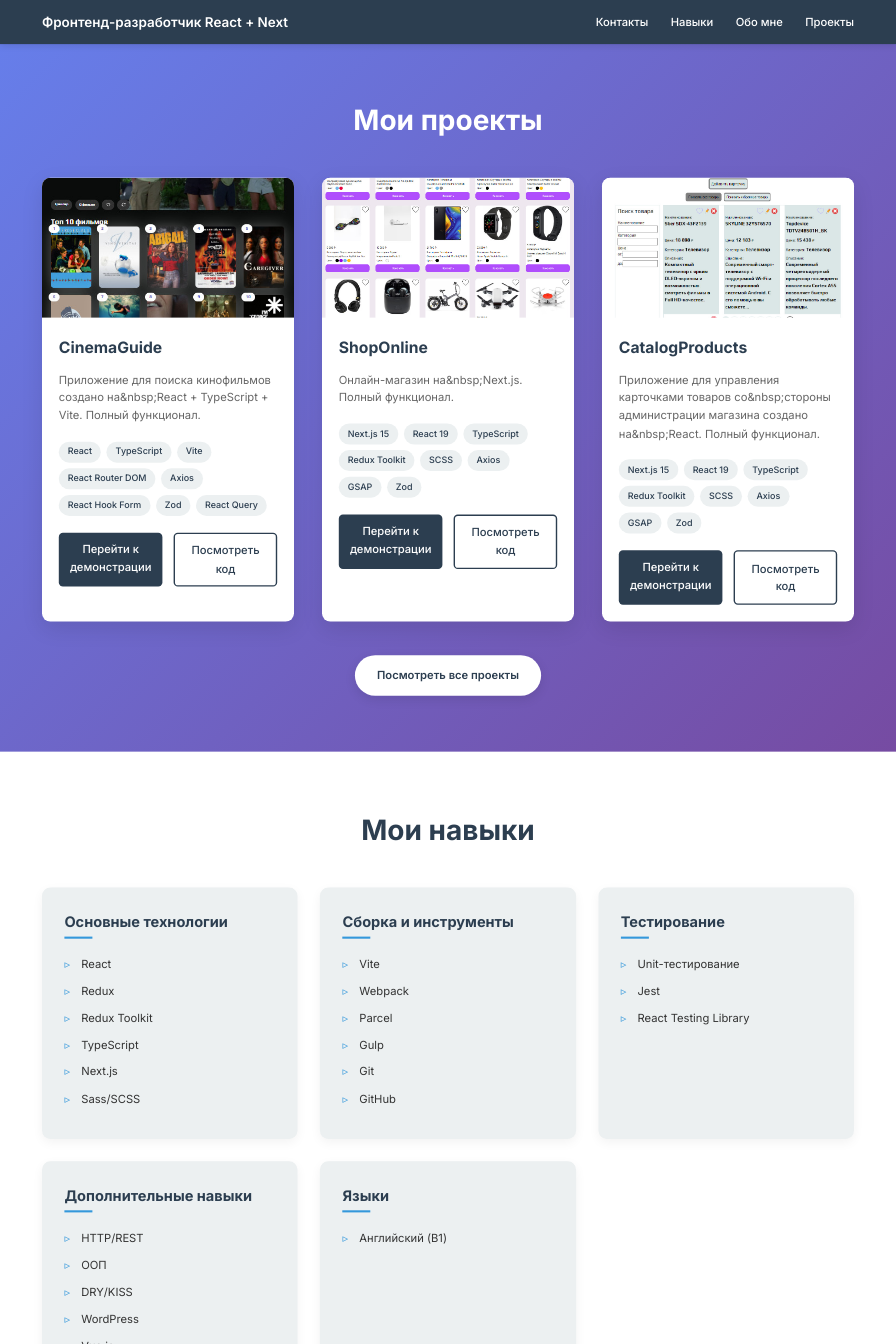
Repository: RostislavZeberg/resume-app
Page: /
An editor plug-in stored every save of this project. The page is shown before and after the next save, followed by the edit.
The browser window is 1280 px wide. The pictures show the part of the page from y = 0 to 1920 px (the page is 3630 px tall before and 4380 px after), at 70% of full size.
The project was rebuilt for these pictures with package versions that can differ from the ones it lists, and the page was loaded fresh each time. The framework's server and built-in components were replaced by stand-ins that run in the browser. Also part of the build but not shown: next.config.ts.

Above is the page before, as saved 2025-09-18 13:50:43.

### pages/_app.tsx
import type { AppProps } from 'next/app';
import '../styles/globals.scss';
import Head from 'next/head';

function MyApp({ Component, pageProps }: AppProps) {
  return (
    <>
      <Head>
        <meta name="viewport" content="width=device-width, initial-scale=1" />
        <meta name="theme-color" content="#2c3e50" />
        <meta name="description" content="Резюме фронтенд-разработчика React с 5+ годами опыта. Специализация: React, TypeScript, Next.js, Redux Toolkit." />
        <meta name="keywords" content="React, TypeScript, Next.js, фронтенд-разработчик, резюме" />
        <meta property="og:title" content="Фронтенд-разработчик React" />
        <meta property="og:description" content="Резюме фронтенд-разработчика React с 5+ годами опыта" />
        <meta property="og:type" content="website" />
        <link rel="icon" href="/favicon.ico" />
      </Head>
      <Component {...pageProps} />
    </>
  );
}

export default MyApp;

### pages/_document.tsx
import { Html, Head, Main, NextScript } from 'next/document';

export default function Document() {
  return (
    <Html lang="ru">
      <Head>
        <link rel="preconnect" href="https://fonts.googleapis.com" />
        <link rel="preconnect" href="https://fonts.gstatic.com" crossOrigin="anonymous" />
        <link href="https://fonts.googleapis.com/css2?family=Inter:wght@300;400;500;600;700&display=swap" rel="stylesheet" />

        {/* Фавикон */}
        <link rel="icon" href="/favicon.ico" sizes="any" />
        <link rel="icon" href="/favicon.svg" type="image/svg+xml" />
        <link rel="apple-touch-icon" href="/apple-touch-icon.png" />
        <link rel="manifest" href="/manifest.webmanifest" />

        {/* Мета-теги */}
        <meta name="theme-color" content="#2c3e50" />
        <meta name="description" content="Резюме фронтенд-разработчика React с 5+ годами опыта. Специализация: React, TypeScript, Next.js, Redux Toolkit." />
        <meta name="keywords" content="React, TypeScript, Next.js, фронтенд-разработчик, резюме" />
      </Head>
      <body>
        <Main />
        <NextScript />
      </body>
    </Html>
  );
}

### pages/index.tsx
import Head from 'next/head';
import { NextPage } from 'next';
import Contacts from '../components/Sections/Contacts';
import Skills from '../components/Sections/Skills';
import About from '../components/Sections/About';
import Projects from '../components/Sections/Projects';
import Header from '../components/Layout/Header';

const Home: NextPage = () => {
  return (
    <>
      <Head>
        <title>Фронтенд-разработчик React | Резюме</title>
        <meta name="description" content="Резюме фронтенд-разработчика React с 5+ годами опыта. Специализация: React, TypeScript, Next.js, Redux Toolkit." />
        <meta name="keywords" content="React, TypeScript, Next.js, фронтенд-разработчик, резюме" />
        <meta property="og:title" content="Фронтенд-разработчик React" />
        <meta property="og:description" content="Резюме фронтенд-разработчика React с 5+ годами опыта" />
        <meta property="og:type" content="website" />
        <link rel="icon" href="/favicon.ico" />
      </Head>

      <Header />
      <main>
        <Projects />
        <Skills />
        <About />
        <Contacts />
      </main>
    </>
  );
};

export default Home;

### styles/globals.scss
// Переменные и миксины
@import './variables.scss';
@import './mixins';

// Глобальные стили
* {
  box-sizing: border-box;
  margin: 0;
  padding: 0;
}

html {
  scroll-behavior: smooth;
  scroll-padding-top: 60px;
}

body {
  font-family: 'Inter', 'Arial', sans-serif;
  line-height: 1.6;
  color: $text-color;
  background-color: $background-color;
  padding-top: 60px;
}

.container {
  max-width: 1200px;
  margin: 0 auto;
  padding: 0 20px;
}

section {
  padding: 80px 0;

  h2 {
    text-align: center;
    margin-bottom: 50px;
    font-size: 2.5rem;
    color: $primary-color;
  }
}

// Анимации
@keyframes fadeIn {
  from {
    opacity: 0;
    transform: translateY(20px);
  }
  to {
    opacity: 1;
    transform: translateY(0);
  }
}

.fade-in {
  animation: fadeIn 0.6s ease forwards;
}

// Адаптивность
@include desktop {
  .container {
    max-width: 1200px;
  }
}

@include tablet {
  .container {
    max-width: 100%;
    padding: 0 15px;
  }

  section {
    padding: 60px 0;

    h2 {
      font-size: 2rem;
      margin-bottom: 40px;
    }
  }
}

@include mobile {
  .container {
    padding: 0 10px;
  }

  section {
    padding: 40px 0;

    h2 {
      font-size: 1.8rem;
      margin-bottom: 30px;
    }
  }
}

### components/Sections/Contacts.tsx
import React from 'react';
import Icon from '../UI/Icon';
import styles from '../../styles/sections/contacts.module.scss';
import { contacts } from '@/info/contacts';

const Contacts: React.FC = () => {

  return (
    <section id="contacts" className={styles.contacts}>
      <div className="container">
        <h2>Контакты</h2>
        <div className={styles.contactsGrid}>
          {contacts.map((contact, index) => (
            <a
              key={index}
              href={contact.href}
              className={styles.contactItem}
              target="_blank"
              rel="noopener noreferrer"
            >
              <Icon name={contact.icon} className={styles.contactIcon} />
              <span>{contact.text}</span>
            </a>
          ))}
        </div>
      </div>
    </section>
  );
};

export default Contacts;

### components/Sections/Skills.tsx
import React from 'react';
import styles from '../../styles/sections/skills.module.scss';

const Skills: React.FC = () => {
  const skillCategories = [
    {
      title: 'Основные технологии',
      skills: ['React', 'Redux', 'Redux Toolkit', 'TypeScript', 'Next.js', 'Sass/SCSS']
    },
    {
      title: 'Сборка и инструменты',
      skills: ['Vite', 'Webpack', 'Parcel', 'Gulp', 'Git', 'GitHub']
    },
    {
      title: 'Тестирование',
      skills: ['Unit-тестирование', 'Jest', 'React Testing Library']
    },
    {
      title: 'Дополнительные навыки',
      skills: ['HTTP/REST', 'ООП', 'DRY/KISS', 'WordPress', 'Vue.js', 'SQL', 'Python', 'Docker', 'Linux']
    },
    {
      title: 'Языки',
      skills: ['Английский (B1)']
    }
  ];

  return (
    <section id="skills" className={styles.skills}>
      <div className="container">
        <h2>Мои навыки</h2>
        <div className={styles.skillsGrid}>
          {skillCategories.map((category, index) => (
            <div key={index} className={styles.skillCategory}>
              <h3>{category.title}</h3>
              <ul>
                {category.skills.map((skill, i) => (
                  <li key={i}>{skill}</li>
                ))}
              </ul>
            </div>
          ))}
        </div>
      </div>
    </section>
  );
};

export default Skills;

### components/Sections/Projects.tsx
import React from 'react';
import ProjectCard from '../UI/ProjectCard';
import styles from '../../styles/sections/projects.module.scss';
import { projects } from '@/info/projects';

const Projects: React.FC = () => {
  return (
    <section id="projects" className={styles.projects}>
      <div className="container">
        <h2>Мои проекты</h2>
        <div className={styles.projectsGrid}>
          {projects.map((project, index) => (
            <ProjectCard key={index} project={project} />
          ))}
        </div>
        <div className={styles.viewAll}>
          <a
            href="https://github.com/RostislavZeberg?tab=repositories"
            className={styles.viewAllButton}
            target="_blank"
            rel="noopener noreferrer"
          >
            Посмотреть все проекты
          </a>
        </div>
      </div>
    </section>
  );
};

export default Projects;

### components/Layout/Header.tsx
import React, { useState } from 'react';
import Link from 'next/link';
import styles from '../../styles/layout/header.module.scss';

const Header: React.FC = () => {
  const [isMenuOpen, setIsMenuOpen] = useState(false);

  const toggleMenu = () => {
    setIsMenuOpen(!isMenuOpen);
  };

  return (
    <header className={styles.header}>
      <div className="container">
        <nav className={styles.nav}>
          <div className={styles.logo}>
            <Link href="/">Фронтенд-разработчик React + Next</Link>
          </div>

          <button
            className={`${styles.menuToggle} ${isMenuOpen ? styles.active : ''}`}
            onClick={toggleMenu}
            aria-label="Меню"
          >
            <span></span>
            <span></span>
            <span></span>
          </button>

          <ul className={`${styles.navList} ${isMenuOpen ? styles.active : ''}`}>
            <li><a href="#contacts" onClick={() => setIsMenuOpen(false)}>Контакты</a></li>
            <li><a href="#skills" onClick={() => setIsMenuOpen(false)}>Навыки</a></li>
            <li><a href="#about" onClick={() => setIsMenuOpen(false)}>Обо мне</a></li>
            <li><a href="#projects" onClick={() => setIsMenuOpen(false)}>Проекты</a></li>
          </ul>
        </nav>
      </div>
    </header>
  );
};

export default Header;

### styles/variables.scss
// Цвета
$primary-color: #2c3e50;
$secondary-color: #3498db;
$accent-color: #e74c3c;
$background-color: #f9f9f9;
$text-color: #333;
$light-gray: #ecf0f1;

// Breakpoints
$desktop: 1280px;
$tablet: 1024px;
$small-tablet: 768px;
$mobile: 320px;

### styles/mixins.scss
@mixin desktop {
  @media (min-width: #{$desktop}) {
    @content;
  }
}

@mixin tablet {
  @media (min-width: #{$small-tablet}) and (max-width: #{$tablet}) {
    @content;
  }
}

@mixin small-tablet {
  @media (min-width: #{$mobile}) and (max-width: #{$small-tablet - 1px}) {
    @content;
  }
}

@mixin mobile {
  @media (max-width: #{$mobile}) {
    @content;
  }
}

@mixin flex-center {
  display: flex;
  justify-content: center;
  align-items: center;
}

@mixin card-shadow {
  box-shadow: 0 4px 6px rgba(0, 0, 0, 0.1);
  transition: box-shadow 0.3s ease;

  &:hover {
    box-shadow: 0 10px 20px rgba(0, 0, 0, 0.15);
  }
}

### components/UI/Icon.tsx
import React from 'react';
import Image from 'next/image';

interface IconProps {
  name: string;
  className?: string;
  width?: number;
  height?: number;
}

const Icon: React.FC<IconProps> = ({ name, className = '', width = 24, height = 24 }) => {
  return (
    <Image
      src={`/icons/${name}.svg`}
      alt={`${name} icon`}
      width={width}
      height={height}
      className={className}
    />
  );
};

export default Icon;

### styles/sections/contacts.module.scss
@import '../variables';
@import '../mixins';

.contacts {
  background: linear-gradient(135deg, #f5f7fa 0%, #c3cfe2 100%);
  padding: 100px 0;
}

.contactsGrid {
  display: grid;
  grid-template-columns: repeat(auto-fit, minmax(250px, 1fr));
  gap: 2rem;
  margin-top: 3rem;
}

.contactItem {
  display: flex;
  flex-direction: column;
  align-items: center;
  justify-content: center;
  background: white;
  padding: 2rem;
  border-radius: 12px;
  box-shadow: 0 10px 30px rgba(0, 0, 0, 0.1);
  transition: all 0.3s ease;
  text-decoration: none;
  color: $text-color;

  &:hover {
    transform: translateY(-5px);
    box-shadow: 0 15px 40px rgba(0, 0, 0, 0.15);

    .contactIcon {
      transform: scale(1.1);
    }
  }
}

.contactIcon {
  width: 60px;
  height: 60px;
  margin-bottom: 1rem;
  transition: transform 0.3s ease;
}

// Адаптивность
@include tablet {
  .contactsGrid {
    grid-template-columns: repeat(2, 1fr);
    gap: 1.5rem;
  }
}

@include small-tablet {
  .contactsGrid {
    grid-template-columns: 1fr;
    gap: 1rem;
  }

  .contactItem {
    padding: 1.5rem;
  }
}

@include mobile {
  .contacts {
    padding: 80px 0;
  }

  .contactIcon {
    width: 50px;
    height: 50px;
  }
}

### info/contacts.ts
export const contacts = [
  { icon: 'email', text: 'zeberg@bk.ru', href: 'mailto:zeberg@bk.ru' },
  { icon: 'phone', text: '+7(960)-552-4171', href: 'tel:+79605524171' },
  { icon: 'telegram', text: '@zeberg_jaguar', href: 'https://t.me/zeberg_jaguar' },
  { icon: 'github', text: 'GitHub', href: 'https://github.com/RostislavZeberg?tab=repositories' }
];

### styles/sections/skills.module.scss
@import '../variables';
@import '../mixins';

.skills {
  background-color: white;
}

.skillsGrid {
  display: grid;
  grid-template-columns: repeat(auto-fit, minmax(300px, 1fr));
  gap: 2rem;
}

.skillCategory {
  background: $light-gray;
  padding: 2rem;
  border-radius: 12px;
  box-shadow: 0 5px 15px rgba(0, 0, 0, 0.05);

  h3 {
    color: $primary-color;
    margin-bottom: 1.5rem;
    font-size: 1.3rem;
    position: relative;
    padding-bottom: 0.5rem;

    &::after {
      content: '';
      position: absolute;
      bottom: 0;
      left: 0;
      width: 40px;
      height: 3px;
      background: $secondary-color;
    }
  }

  ul {
    list-style: none;
  }

  li {
    margin-bottom: 0.8rem;
    padding-left: 1.5rem;
    position: relative;

    &::before {
      content: '▹';
      position: absolute;
      left: 0;
      color: $secondary-color;
    }
  }
}

// Адаптивность
@include tablet {
  .skillsGrid {
    grid-template-columns: repeat(2, 1fr);
    gap: 1.5rem;
  }
}

@include small-tablet {
  .skillsGrid {
    grid-template-columns: 1fr;
    gap: 1rem;
  }

  .skillCategory {
    padding: 1.5rem;
  }
}

@include mobile {
  .skillCategory {
    padding: 1.2rem;

    h3 {
      font-size: 1.2rem;
    }
  }
}

### styles/sections/about.module.scss
@import '../variables';
@import '../mixins';

.about {
  background-color: $light-gray;
}

.aboutContent {
  max-width: 800px;
  margin: 0 auto;

  p {
    margin-bottom: 1.5rem;
    line-height: 1.8;
    text-align: justify;
  }
}

// Адаптивность
@include tablet {
  .aboutContent {
    padding: 0 1rem;
  }
}

@include mobile {
  .aboutContent p {
    text-align: left;
  }
}

### components/UI/ProjectCard.tsx
import React from 'react';
import Image from 'next/image';
import styles from '../../styles/ui/project-card.module.scss';

interface Project {
  name: string;
  description: string;
  demoLink: string;
  codeLink: string;
  technologies: string[];
}

interface ProjectCardProps {
  project: Project;
}

const ProjectCard: React.FC<ProjectCardProps> = ({ project }) => {
  return (
    <div className={styles.projectCard}>
      <div className={styles.projectImage}>
        <a href={project.demoLink} target="_blank" rel="noopener noreferrer">
          <Image
            src={`/images/projects/${project.name.toLowerCase()}.jpg`}
            alt={project.name}
            fill
            style={{ objectFit: 'cover' }}
            sizes="(max-width: 768px) 100vw, (max-width: 1200px) 50vw, 33vw"
          />
        </a>
      </div>
      <div className={styles.projectContent}>
        <h3>{project.name}</h3>
        <p>{project.description}</p>
        <div className={styles.technologies}>
          {project.technologies.map((tech, index) => (
            <span key={index} className={styles.techTag}>{tech}</span>
          ))}
        </div>
        <div className={styles.projectActions}>
          <a
            href={project.demoLink}
            className={styles.demoButton}
            target="_blank"
            rel="noopener noreferrer"
          >
            Перейти к демонстрации
          </a>
          <a
            href={project.codeLink}
            className={styles.codeButton}
            target="_blank"
            rel="noopener noreferrer"
          >
            Посмотреть код
          </a>
        </div>
      </div>
    </div>
  );
};

export default ProjectCard;

### styles/sections/projects.module.scss
@import '../variables';
@import '../mixins';

.projects {
  background: linear-gradient(135deg, #667eea 0%, #764ba2 100%);
  color: white;

  h2 {
    color: white;
  }
}

.projectsGrid {
  display: grid;
  grid-template-columns: repeat(auto-fit, minmax(350px, 1fr));
  gap: 2.5rem;
  margin-bottom: 3rem;
}

.viewAll {
  text-align: center;
  margin-top: 3rem;
}

.viewAllButton {
  display: inline-block;
  padding: 1rem 2rem;
  background: white;
  color: $primary-color;
  text-decoration: none;
  border-radius: 30px;
  font-weight: 600;
  transition: all 0.3s ease;
  box-shadow: 0 5px 15px rgba(0, 0, 0, 0.1);

  &:hover {
    transform: translateY(-3px);
    box-shadow: 0 10px 25px rgba(0, 0, 0, 0.2);
    background: $accent-color;
    color: white;
  }
}

// Адаптивность
@include tablet {
  .projectsGrid {
    grid-template-columns: repeat(2, 1fr);
    gap: 2rem;
  }
}

@include small-tablet {
  .projectsGrid {
    grid-template-columns: 1fr;
    gap: 1.5rem;
  }
}

@include mobile {
  .projectsGrid {
    grid-template-columns: 1fr;
    gap: 1.5rem;
  }

  .viewAllButton {
    padding: 0.8rem 1.5rem;
    font-size: 0.9rem;
  }
}

### info/projects.ts
export const projects = [
  {
    name: 'CinemaGuide',
    description: 'Приложение для поиска кинофильмов создано на&nbsp;React + TypeScript + Vite. Полный функционал.',
    demoLink: 'https://rostislavzeberg.github.io/CinemaGuide',
    codeLink: 'https://github.com/RostislavZeberg/CinemaGuide/tree/dev',
    technologies: ['React', 'TypeScript', 'Vite', 'React Router DOM', 'Axios', 'React Hook Form', 'Zod', 'React Query']
  },
  {
    name: 'ShopOnline',
    description: 'Онлайн-магазин на&nbsp;Next.js. Полный функционал.',
    demoLink: 'https://shop-online-omega.vercel.app/',
    codeLink: 'https://github.com/RostislavZeberg/ShopOnline',
    technologies: ['Next.js 15', 'React 19', 'TypeScript', 'Redux Toolkit', 'SCSS', 'Axios', 'GSAP', 'Zod']
  },
  {
    name: 'CatalogProducts',
    description: 'Приложение для управления карточками товаров со&nbsp;стороны администрации магазина создано на&nbsp;React. Полный функционал.',
    demoLink: 'https://shop-online-omega.vercel.app/',
    codeLink: 'https://github.com/RostislavZeberg/ShopOnline',
    technologies: ['Next.js 15', 'React 19', 'TypeScript', 'Redux Toolkit', 'SCSS', 'Axios', 'GSAP', 'Zod']
  },
];

### styles/layout/header.module.scss
@import '../variables';
@import '../mixins';

.header {
  background-color: $primary-color;
  color: white;
  position: fixed;
  top: 0;
  left: 0;
  right: 0;
  z-index: 1000;
  box-shadow: 0 2px 10px rgba(0, 0, 0, 0.1);
}

.nav {
  display: flex;
  justify-content: space-between;
  align-items: center;
  padding: 1rem 0;
}

.logo {
  a {
    color: white;
    text-decoration: none;
    font-weight: 600;
    font-size: 1.2rem;

    &:hover {
      color: $accent-color;
    }
  }
}

.navList {
  display: flex;
  list-style: none;
  gap: 2rem;

  a {
    color: white;
    text-decoration: none;
    font-weight: 500;
    transition: color 0.3s ease;

    &:hover {
      color: $accent-color;
    }
  }
}

.menuToggle {
  display: none;
  flex-direction: column;
  justify-content: space-around;
  width: 2rem;
  height: 2rem;
  background: transparent;
  border: none;
  cursor: pointer;
  padding: 0;

  span {
    width: 2rem;
    height: 0.25rem;
    background: white;
    border-radius: 10px;
    transition: all 0.3s linear;
    position: relative;
    transform-origin: 1px;
  }
}

// Адаптивность
@include tablet {
  .navList {
    gap: 1.5rem;
  }
}

@include small-tablet {
  .menuToggle {
    display: flex;
    z-index: 1001;
  }

  .navList {
    position: fixed;
    top: 0;
    right: 0;
    height: 100vh;
    width: 70%;
    background: $primary-color;
    flex-direction: column;
    justify-content: center;
    align-items: center;
    transform: translateX(100%);
    transition: transform 0.3s ease-in-out;

    &.active {
      transform: translateX(0);
    }
  }

  .menuToggle.active {
    span:nth-child(1) {
      transform: rotate(45deg);
    }

    span:nth-child(2) {
      opacity: 0;
    }

    span:nth-child(3) {
      transform: rotate(-45deg);
    }
  }
}

@include mobile {
  .logo a {
    font-size: 1rem;
  }
}

Loaded but not shown: styles/ui/project-card.module.scss (137 lines, source omitted); components/Sections/About.tsx (42 lines, source omitted)

After the next save:
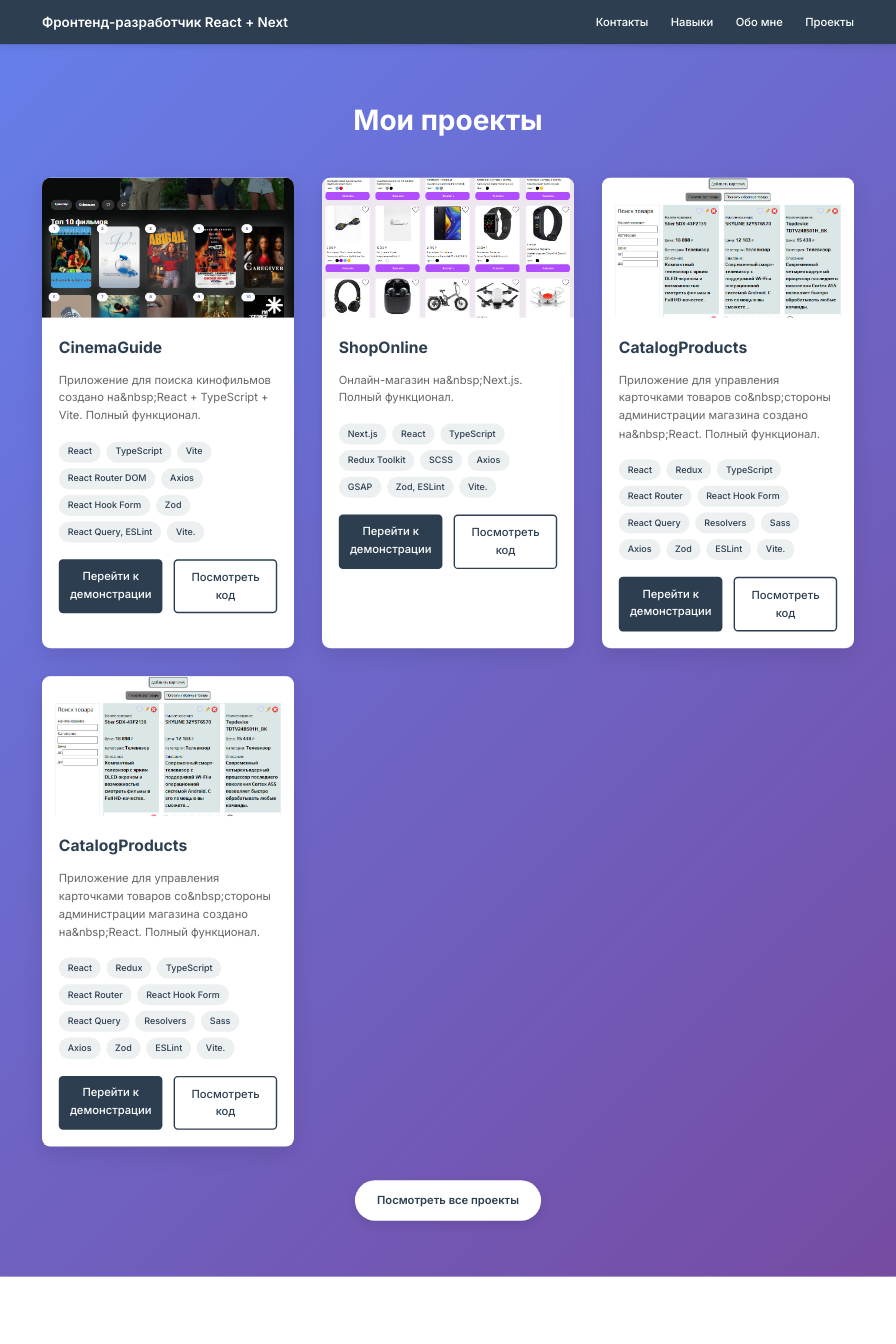
Saved 6 min 34 s later.
--- a/info/projects.ts
+++ b/info/projects.ts
@@ -4,20 +4,27 @@ export const projects = [
     description: 'Приложение для поиска кинофильмов создано на&nbsp;React + TypeScript + Vite. Полный функционал.',
     demoLink: 'https://rostislavzeberg.github.io/CinemaGuide',
     codeLink: 'https://github.com/RostislavZeberg/CinemaGuide/tree/dev',
-    technologies: ['React', 'TypeScript', 'Vite', 'React Router DOM', 'Axios', 'React Hook Form', 'Zod', 'React Query']
+    technologies: ['React', 'TypeScript', 'Vite', 'React Router DOM', 'Axios', 'React Hook Form', 'Zod', 'React Query, ESLint', 'Vite.']
   },
   {
     name: 'ShopOnline',
     description: 'Онлайн-магазин на&nbsp;Next.js. Полный функционал.',
     demoLink: 'https://shop-online-omega.vercel.app/',
     codeLink: 'https://github.com/RostislavZeberg/ShopOnline',
-    technologies: ['Next.js 15', 'React 19', 'TypeScript', 'Redux Toolkit', 'SCSS', 'Axios', 'GSAP', 'Zod']
+    technologies: ['Next.js', 'React', 'TypeScript', 'Redux Toolkit', 'SCSS', 'Axios', 'GSAP', 'Zod, ESLint', 'Vite.']
   },
   {
     name: 'CatalogProducts',
     description: 'Приложение для управления карточками товаров со&nbsp;стороны администрации магазина создано на&nbsp;React. Полный функционал.',
     demoLink: 'https://shop-online-omega.vercel.app/',
     codeLink: 'https://github.com/RostislavZeberg/ShopOnline',
-    technologies: ['Next.js 15', 'React 19', 'TypeScript', 'Redux Toolkit', 'SCSS', 'Axios', 'GSAP', 'Zod']
+    technologies: ['React', 'Redux', 'TypeScript', 'React Router', 'React Hook Form', 'React Query', 'Resolvers', 'Sass', 'Axios', 'Zod', 'ESLint', 'Vite.']
+  },
+  {
+    name: 'CatalogProducts',
+    description: 'Приложение для управления карточками товаров со&nbsp;стороны администрации магазина создано на&nbsp;React. Полный функционал.',
+    demoLink: 'https://shop-online-omega.vercel.app/',
+    codeLink: 'https://github.com/RostislavZeberg/ShopOnline',
+    technologies: ['React', 'Redux', 'TypeScript', 'React Router', 'React Hook Form', 'React Query', 'Resolvers', 'Sass', 'Axios', 'Zod', 'ESLint', 'Vite.']
   },
 ];
